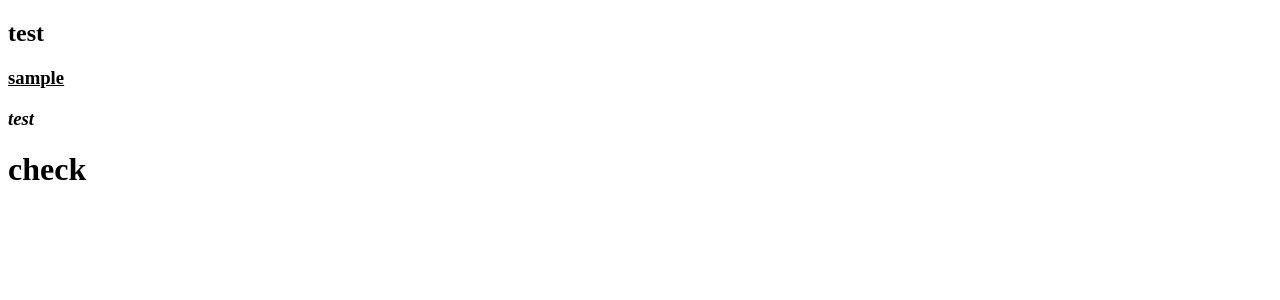
Repository: UshaWorks/WebTech
Page: HTML/task2.html
These files come from the project's save history. The page is drawn as it stood at one moment and after the next save; the edit follows.
The browser window is 1280 px wide. The pictures show the whole page.

Above is the page before, as saved 2026-10-12 18:07:27.

After the next save:
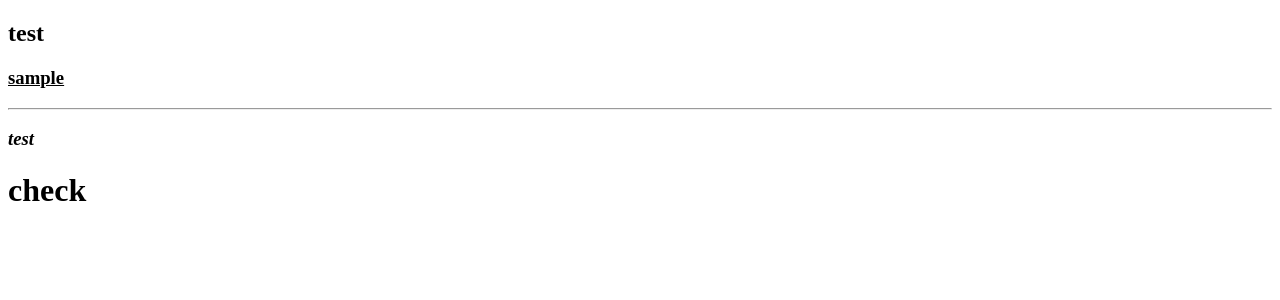
Saved 39 s later.
--- a/HTML/task2.html
+++ b/HTML/task2.html
@@ -7,7 +7,7 @@
 </head>
 <body>
      <h2>test</h2>
-     <u><h3>sample</h3></u><i><h3>test</h3></i>
+     <u><h3>sample</h3></u><i><hr><h3>test</h3></i>
      <h1>check</h1>
 
 </body>
